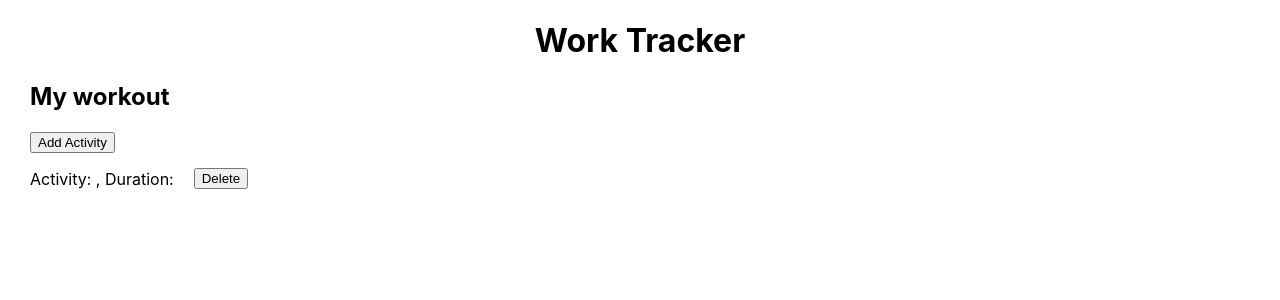
Repository: sudhakaryadav07/react-hooks
Page: /
An editor plug-in stored every save of this project. The page is shown before and after the next save, followed by the edit.
The browser window is 1280 px wide. The pictures show the whole page.
The project was rebuilt for these pictures with package versions that can differ from the ones it lists, and the page was loaded fresh each time.

Above is the page before, as saved 2021-03-25 11:23:40.

After the next save:
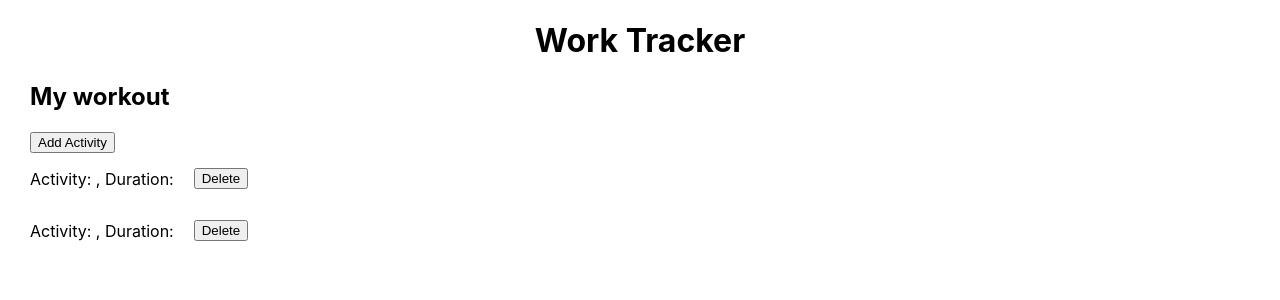
Saved 69 s later.
--- a/src/components/Workouts.js
+++ b/src/components/Workouts.js
@@ -10,8 +10,7 @@ const Workouts = () => {
         <div className="workouts-wrapper">
             <h2>My workout</h2>
             <button>Add Activity</button>
-            {activities.map(activity => console.log(activity))}
-            <Activity />
+            {activities.map(activity => <Activity key={activity.id}  />)}
         </div>
     )
 }
